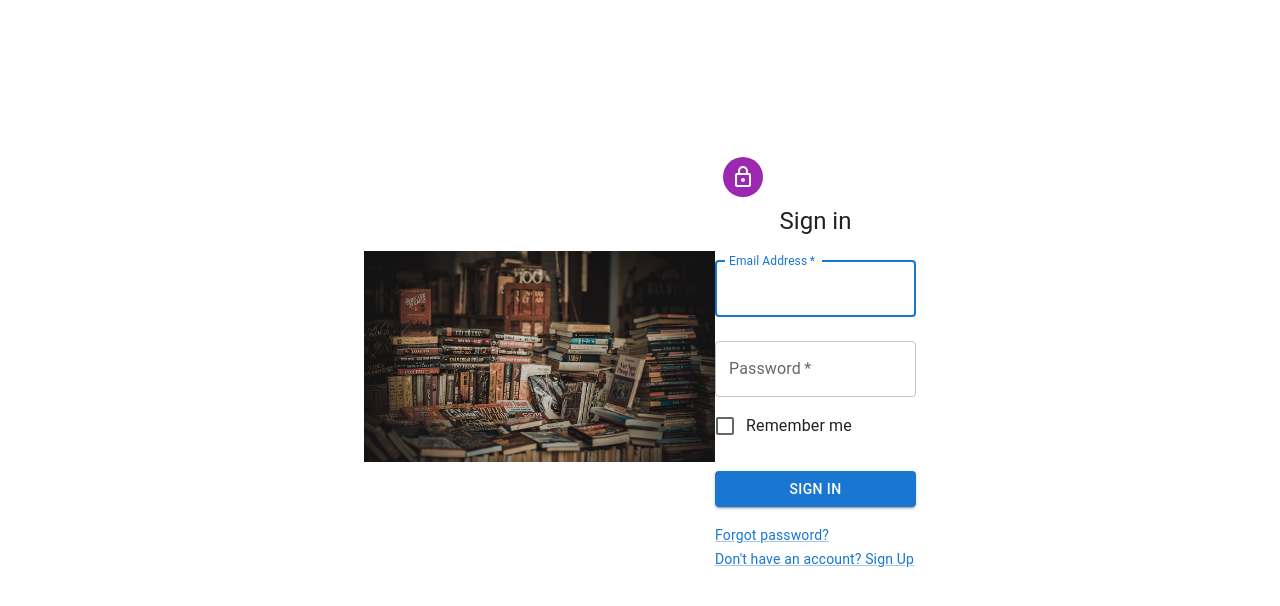
Repository: Milith97/Book-Borrowing-System
Page: /
These files come from the project's save history. The page is drawn as it stood at one moment and after the next save; the edit follows.
The browser window is 1280 px wide. The pictures show the whole page.
The project was rebuilt for these pictures with package versions that can differ from the ones it lists, and the page was loaded fresh each time. Also part of the build but not shown: vite.config.js, src/Componnts/SignUp.jsx, src/index.css.

Above is the page before, as saved 2024-03-25 12:43:49.

After the next save:
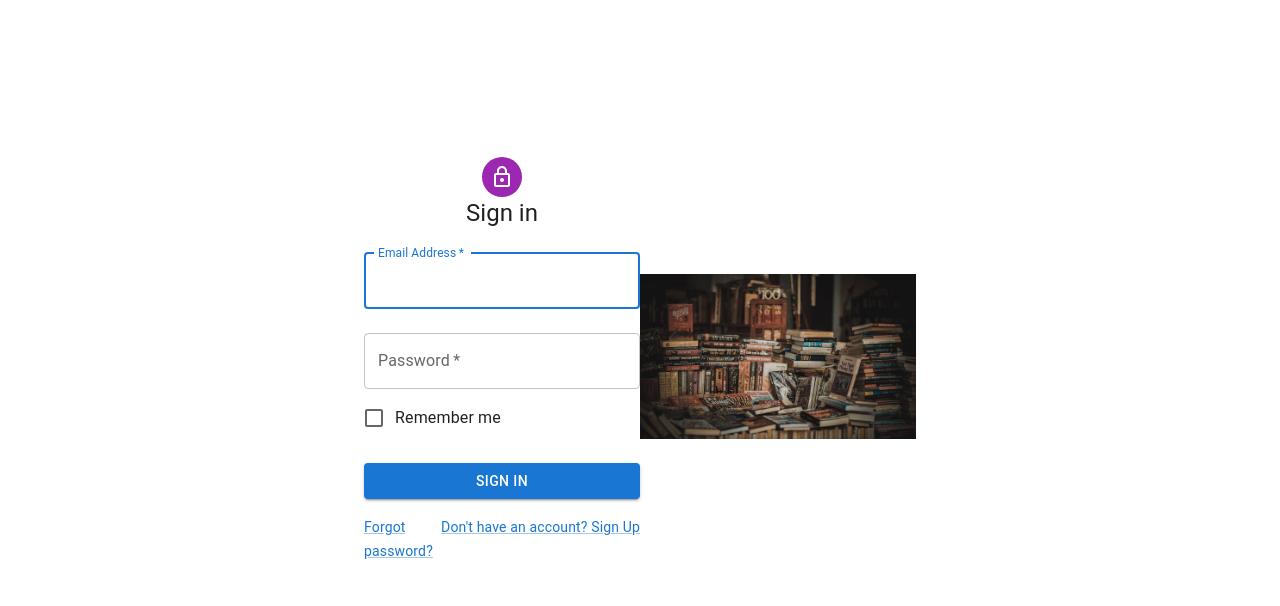
Saved 2 min 54 s later.
--- a/src/Componnts/SignIn.jsx
+++ b/src/Componnts/SignIn.jsx
@@ -24,12 +24,9 @@ export default function SignIn() {
     <ThemeProvider theme={defaultTheme}>
       <Container component="main" maxWidth="sm">
         <CssBaseline />
-        <Box sx={{ display: 'flex', alignItems: 'center', height: '100vh' }}>
-          <Box sx={{ flexGrow: 1 }}>
-            <img src={signInImage} alt="Sign In" style={{ maxWidth: '100%', height: 'auto' }} />
-          </Box>
-          <Box sx={{ flexGrow: 1, display: 'flex', flexDirection: 'column', justifyContent: 'center' }}>
-            <Avatar sx={{ m: 1, bgcolor: 'secondary.main' }}>
+        <Box sx={{ display: 'flex', justifyContent: 'center', alignItems: 'center', height: '100vh' }}>
+          <Box sx={{ display: 'flex', flexDirection: 'column', justifyContent: 'center', flexBasis: '50%' }}>
+            <Avatar sx={{ m: 1, bgcolor: 'secondary.main', margin: 'auto' }}>
               <LockOutlinedIcon />
             </Avatar>
             <Typography component="h1" variant="h5" align="center">
@@ -82,6 +79,9 @@ export default function SignIn() {
               </Grid>
             </Box>
           </Box>
+          <Box sx={{ flexBasis: '50%' }}>
+            <img src={signInImage} alt="Sign In" style={{ maxWidth: '100%', height: 'auto' }} />
+          </Box>
         </Box>
       </Container>
     </ThemeProvider>
